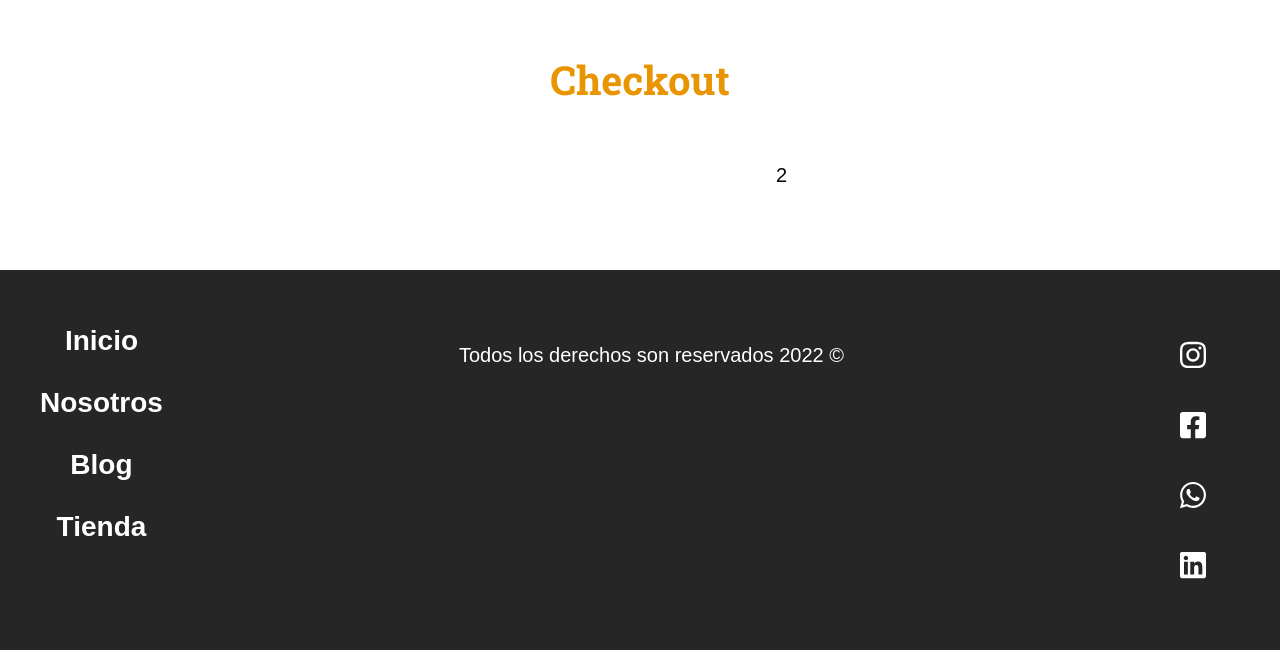
Repository: CarlosCamposRodriguez99/cv-beta-frontend
Page: /carrito
The author's editor kept a copy of each file at every save. The page is drawn from the files as they stood at one save, then again after the next save.
The browser window is 1280 px wide. The pictures show the part of the page from y = 223 to 898 px (the page is 873 px tall before and 898 px after).
The project was rebuilt for these pictures with package versions that can differ from the ones it lists, and the page was loaded fresh each time. The framework's server and built-in components were replaced by stand-ins that run in the browser. Also part of the build but not shown: next.config.js.

Above is the page before, as saved 2022-02-28 17:11:45.

After the next save:
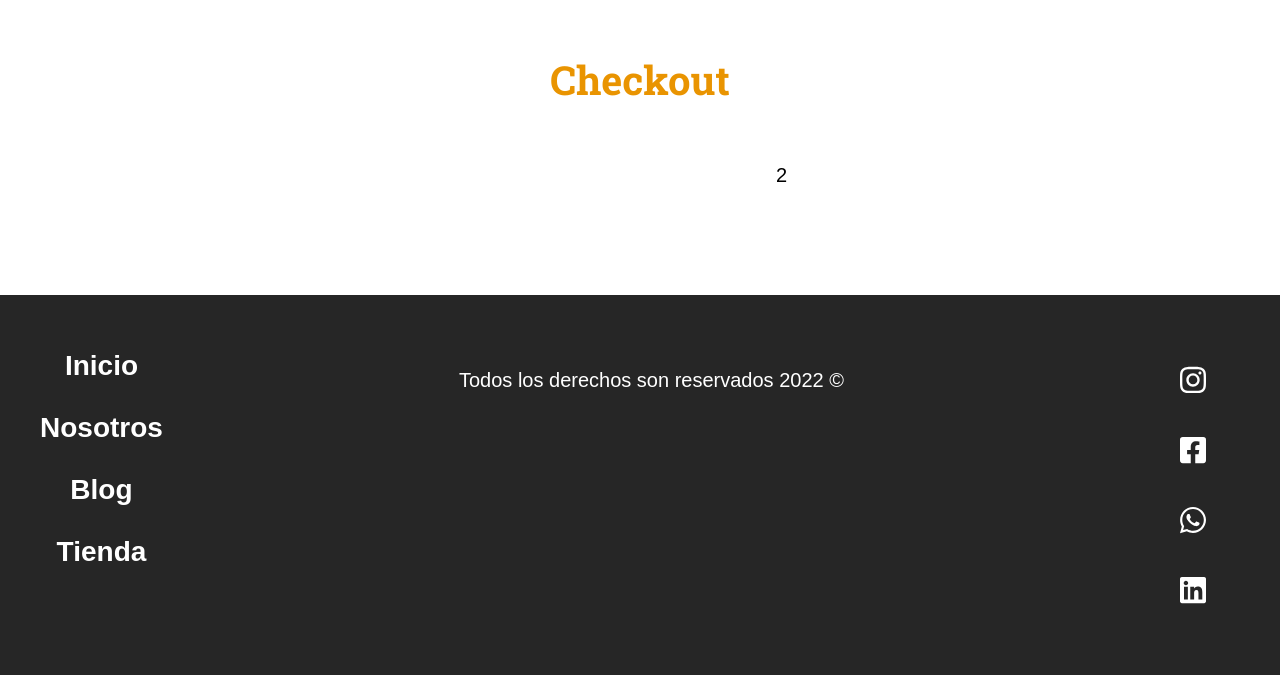
Saved 4 min 36 s later.
--- a/pages/carrito.js
+++ b/pages/carrito.js
@@ -9,6 +9,7 @@ const Carrito = ({carrito, actualizarCantidad, eliminarProducto}) => {
       <h1 className="heading">Checkout</h1>
       <main className={`${styles.contenido} contenedor`}>
         <div className={styles.carrito}>
+          <h2></h2>
           {carrito.lenght === 0 ? 'Carrito vacio' : (
             carrito.map( producto => (
               <div key={producto._id} className={styles.producto}>
